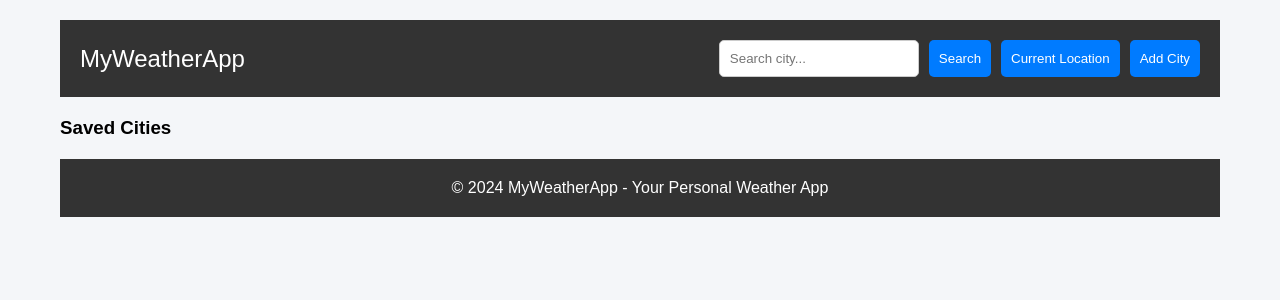
Repository: Rayyy-dev/My-weather-App
Page: /
The author's editor kept a copy of each file at every save. The page is drawn from the files as they stood at one save, then again after the next save.
The browser window is 1280 px wide. The pictures show the whole page.
The page's requests for data from a server got no answer. The project was rebuilt for these pictures with package versions that can differ from the ones it lists, and the page was loaded fresh each time. No one was signed in, and anything a server would have sent is missing.

Above is the page before, as saved 2024-10-16 02:37:21.

After the next save:
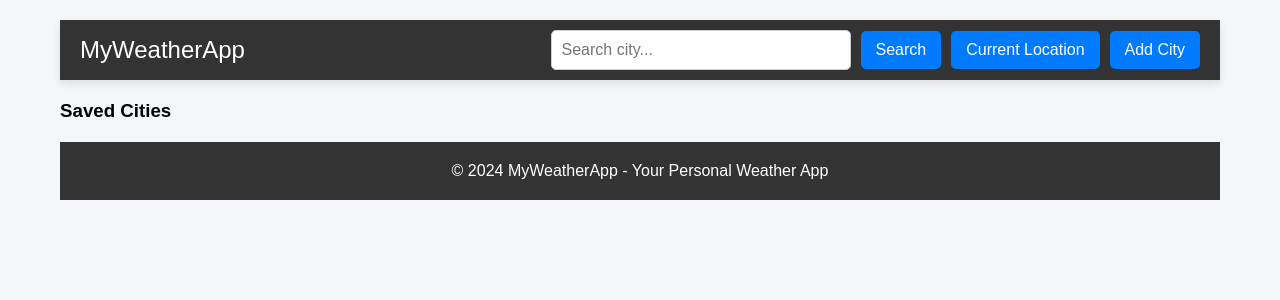
Saved 3 min 1 s later.
--- a/src/App.css
+++ b/src/App.css
@@ -24,7 +24,8 @@ body {
   align-items: center;
   background-color: #333;
   color: white;
-  padding: 20px;
+  padding: 10px 20px;
+  box-shadow: 0px 4px 8px rgba(0, 0, 0, 0.1);
 }
 
 .logo {
@@ -33,27 +34,34 @@ body {
 
 .search-location {
   display: flex;
-  gap: 10px;
+  align-items: center;
+  gap: 10px; /* Adds spacing between input and buttons */
 }
 
 .search-bar {
   padding: 10px;
   border-radius: 5px;
   border: 1px solid #ccc;
-  width: 200px;
+  width: 300px; /* Adjusted width to be balanced */
+  font-size: 1rem;
 }
 
 button {
   background-color: #007bff;
   color: white;
   border: none;
-  padding: 10px;
+  padding: 10px 15px;
   border-radius: 5px;
   cursor: pointer;
+  font-size: 1rem;
 }
 
 button:hover {
   background-color: #0056b3;
+}
+
+button:focus {
+  outline: none;
 }
 
 /* Suggestions dropdown */
@@ -61,8 +69,10 @@ button:hover {
   position: absolute;
   background-color: white;
   border: 1px solid #ccc;
-  width: 200px;
+  width: 300px; /* Match the width of the search bar */
   z-index: 1000;
+  top: 60px; /* Position it below the search bar */
+  left: 20%; /* Adjust position so it aligns with the search bar */
 }
 
 .suggestion-item {
@@ -73,6 +83,7 @@ button:hover {
 .suggestion-item:hover {
   background-color: #f0f0f0;
 }
+
 
 /* Saved Cities */
 .saved-cities {
